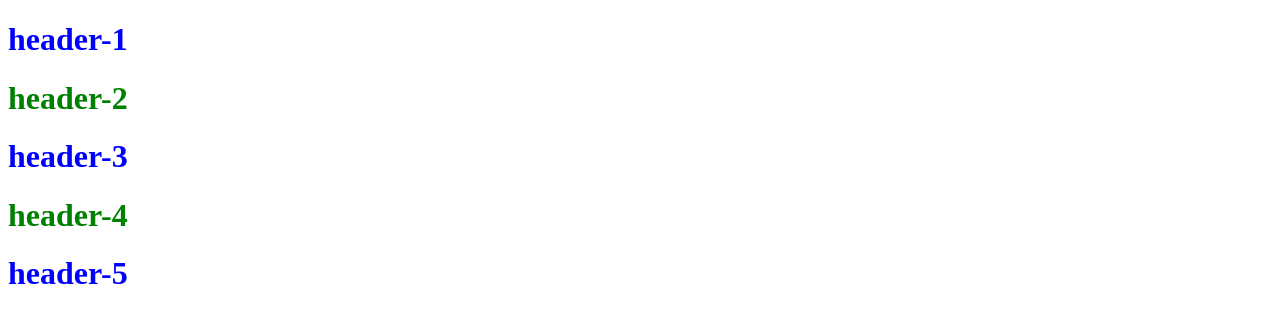
Repository: KYJIN1024/kic_jquery
Page: http://localhost/JQueryEx01/jquery29.jsp
The author's editor kept a copy of each file at every save. The page is drawn from the files as they stood at one save, then again after the next save.
The browser window is 1280 px wide. The pictures show the whole page.
The page is served by Tomcat 9.

Above is the page before, as saved 2023-05-16 00:36:20.

### JQueryEx01/src/main/webapp/jquery29.jsp
<%@ page language="java" contentType="text/html; charset=UTF-8"
    pageEncoding="UTF-8"%>
<!DOCTYPE html>
<html>
<head>
<meta charset="UTF-8">
<title>Insert title here</title>


<script src="https://ajax.googleapis.com/ajax/libs/jquery/3.6.4/jquery.min.js"></script>
<script>
	$( document ).ready( function() {
		//$('h1:even').css('color','red');
		//$( 'h1' ).filter( ':even' ).css({
		//	color:'blue',
		//	backgroundColor:'yellow'
		//});

		const h1 = $( 'h1' ); //htmlcollection 배열과 비슷
		console.log( h1 );
		h1.filter(':even').css('color','blue');
		h1.filter(':odd').css('color','green');
	});
</script>
</head>
<body>
	<h1>header-1</h1>
	<h1>header-2</h1>
	<h1>header-3</h1>
	<h1>header-4</h1>
	<h1>header-5</h1>

</body>
</html>

After the next save:
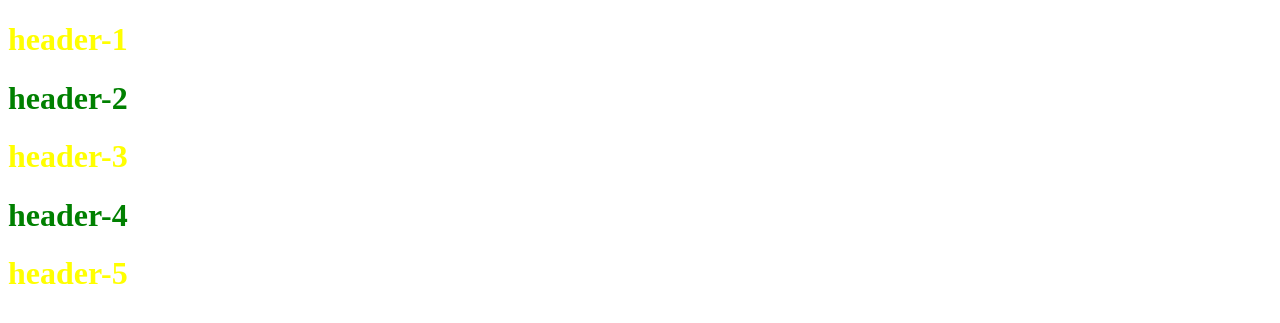
Saved 2 min 9 s later.
--- a/JQueryEx01/src/main/webapp/jquery29.jsp
+++ b/JQueryEx01/src/main/webapp/jquery29.jsp
@@ -20,6 +20,8 @@
 		console.log( h1 );
 		h1.filter(':even').css('color','blue');
 		h1.filter(':odd').css('color','green');
+
+		$( 'h1:nth-child(2n+1)').css('color','yellow');
 	});
 </script>
 </head>
